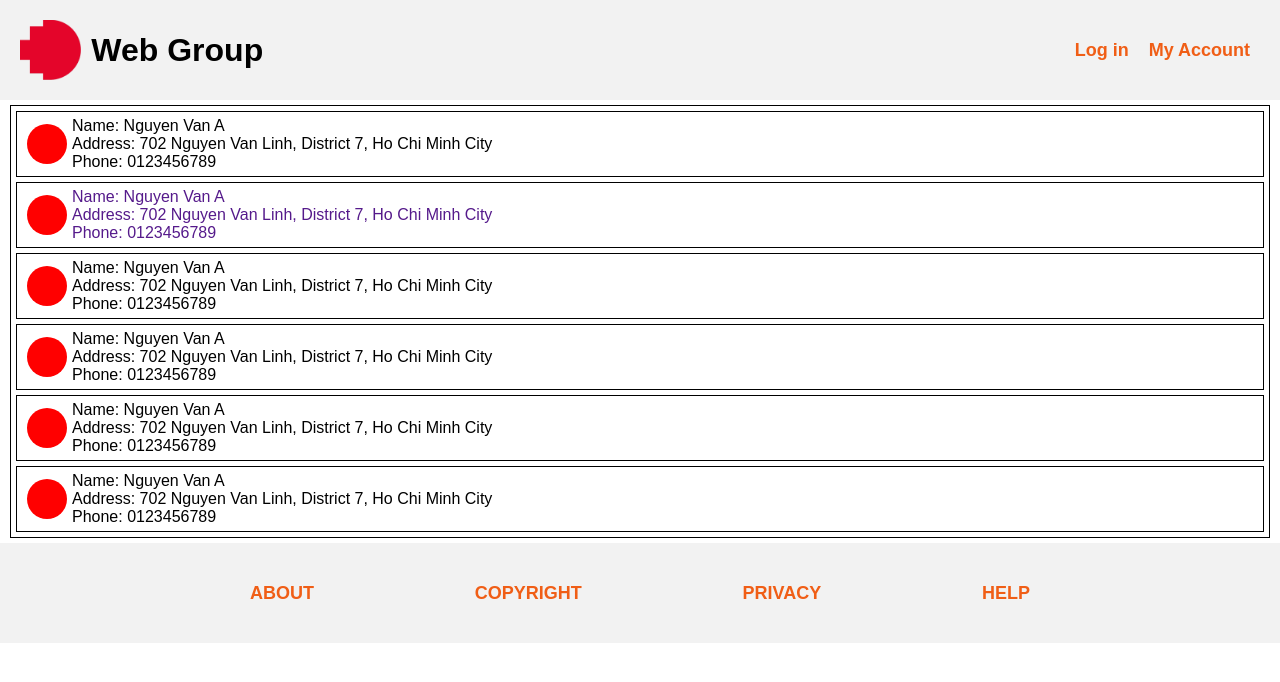
Repository: quynguyn/shoopingweb
Page: shipper.html
An editor plug-in stored every save of this project. The page is shown before and after a run of saves, followed by the edit.
The browser window is 1280 px wide. The pictures show the whole page.

Above is the page before, as saved 2023-05-04 16:01:12.

### shipper.html
<!DOCTYPE html>
<html lang="en">

<head>
	<meta charset="UTF-8">
	<meta http-equiv="X-UA-Compatible" content="IE=edge">
	<meta name="viewport" content="width=device-width, initial-scale=1.0">
	<title>Shipper</title>
	<link rel="stylesheet" href="Asset/CSS/style.css">
	<link rel="stylesheet" href="Asset/CSS/shipper.css">
</head>

<body>
	<!-- Header of the page -->
	<header>
		<div class="logo">
			<img src="logo.png" alt="Web Group Logo">
			<h1>Web Group</h1>
		</div>
		<nav>
			<ul>
				<li><a href="#">Log in</a></li>
				<li><a href="#">My Account</a></li>
			</ul>
		</nav>
	</header>
	<div class="main-container">
		<div class="orders-container">
			<div class="order">
				<div class="activity">
					<svg height="50" width="50">
						<circle cx="25" cy="25" r="20" fill="red" />
					</svg>
				</div>

				<div class="information-container">
					<div class="information">
						<pre>Name: </pre>
						<p class="name">Nguyen Van A</p>
					</div>

					<div class="information">
						<pre>Address: </pre>
						<p class="name">702 Nguyen Van Linh, District 7, Ho Chi Minh City</p>
					</div>

					<div class="information">
						<pre>Phone: </pre>
						<p class="name">0123456789</p>
					</div>
				</div>
			</div>

			<a href="" class="order">
				<div class="activity">
					<svg height="50" width="50">
						<circle cx="25" cy="25" r="20" fill="red" />
					</svg>
				</div>

				<div class="information-container">
					<div class="information">
						<pre>Name: </pre>
						<p class="name">Nguyen Van A</p>
					</div>

					<div class="information">
						<pre>Address: </pre>
						<p class="name">702 Nguyen Van Linh, District 7, Ho Chi Minh City</p>
					</div>

					<div class="information">
						<pre>Phone: </pre>
						<p class="name">0123456789</p>
					</div>
				</div>
			</a>

			<div class="order">
				<div class="activity">
					<svg height="50" width="50">
						<circle cx="25" cy="25" r="20" fill="red" />
					</svg>
				</div>

				<div class="information-container">
					<div class="information">
						<pre>Name: </pre>
						<p class="name">Nguyen Van A</p>
					</div>

					<div class="information">
						<pre>Address: </pre>
						<p class="name">702 Nguyen Van Linh, District 7, Ho Chi Minh City</p>
					</div>

					<div class="information">
						<pre>Phone: </pre>
						<p class="name">0123456789</p>
					</div>
				</div>
			</div>

			<div class="order">
				<div class="activity">
					<svg height="50" width="50">
						<circle cx="25" cy="25" r="20" fill="red" />
					</svg>
				</div>

				<div class="information-container">
					<div class="information">
						<pre>Name: </pre>
						<p class="name">Nguyen Van A</p>
					</div>

					<div class="information">
						<pre>Address: </pre>
						<p class="name">702 Nguyen Van Linh, District 7, Ho Chi Minh City</p>
					</div>

					<div class="information">
						<pre>Phone: </pre>
						<p class="name">0123456789</p>
					</div>
				</div>
			</div>

			<div class="order">
				<div class="activity">
					<svg height="50" width="50">
						<circle cx="25" cy="25" r="20" fill="red" />
					</svg>
				</div>

				<div class="information-container">
					<div class="information">
						<pre>Name: </pre>
						<p class="name">Nguyen Van A</p>
					</div>

					<div class="information">
						<pre>Address: </pre>
						<p class="name">702 Nguyen Van Linh, District 7, Ho Chi Minh City</p>
					</div>

					<div class="information">
						<pre>Phone: </pre>
						<p class="name">0123456789</p>
					</div>
				</div>
			</div>

			<div class="order">
				<div class="activity">
					<svg height="50" width="50">
						<circle cx="25" cy="25" r="20" fill="red" />
					</svg>
				</div>

				<div class="information-container">
					<div class="information">
						<pre>Name: </pre>
						<p class="name">Nguyen Van A</p>
					</div>

					<div class="information">
						<pre>Address: </pre>
						<p class="name">702 Nguyen Van Linh, District 7, Ho Chi Minh City</p>
					</div>

					<div class="information">
						<pre>Phone: </pre>
						<p class="name">0123456789</p>
					</div>
				</div>
			</div>
		</div>
	</div>
	<!-- Footer of the page -->
	<footer>
		<div class="footer-links">
			<a href="#">About</a>
			<a href="#">Copyright</a>
			<a href="#">Privacy</a>
			<a href="#">Help</a>
		</div>
	</footer>

</body>

</html>

### Asset/CSS/style.css
/* Reset CSS */
:root {
    --main-color: #F58216;
    --primary-color: #ffb347;
    --secondary-color: #f05e16;
    --white-color: #f2f2f2;
    /* change the name */
}

/* Reset CSS  */
* {
    padding: 0;
    margin: 0;
    box-sizing: border-box;
    text-decoration: none;
    font-family: Arial, Helvetica, sans-serif;
}

/* Header CSS */
header {
    height: 100px;
    background-color:var(--white-color);
    display: flex;
    justify-content: space-between;
    align-items: center;
    padding: 0 20px;
  }

  .logo {
    display: flex;
    align-items: center;
  }

  .logo img {
    height: 60px;
    margin-right: 10px;
  }

  nav ul {
    display: flex;
    list-style: none;
    margin: 0;
    padding: 0;


  }

  nav ul li {
    margin: 0 10px;
  }

  nav ul li a {
    text-decoration: none;
    font-size: 18px;
    font-weight: bold;
    color: var(--secondary-color);
  }

  /* Footer css */
  footer {
    height: 100px;
    background-color: var(--white-color);
    display: flex;
    justify-content: center;
    align-items: center;
    color: var(--white-color);
  }

  footer div {
    display: flex;
    justify-content: space-between;
    width: 80%;
    max-width: 800px;
  }

  footer div a {
    color: var(--secondary-color);
    text-decoration: none;
    margin: 0 10px;
    text-transform: uppercase;
    font-weight: bold;
    font-size: large;
  }

### Asset/CSS/shipper.css
.main-container {
	margin: 5px;
}

.orders-container {
	margin: 5px;
	border: 1px solid black;
}

.order {
	margin: 5px;
	border: 1px solid black;
	padding: 5px;
	display: flex;
	flex-direction: row;
	align-items: center;
}

.activity {
	width: 50px;
	height: 50px;
}

.information {
	display: flex;
	flex-direction: row;
	align-items: center;
}

After the next 2 saves:
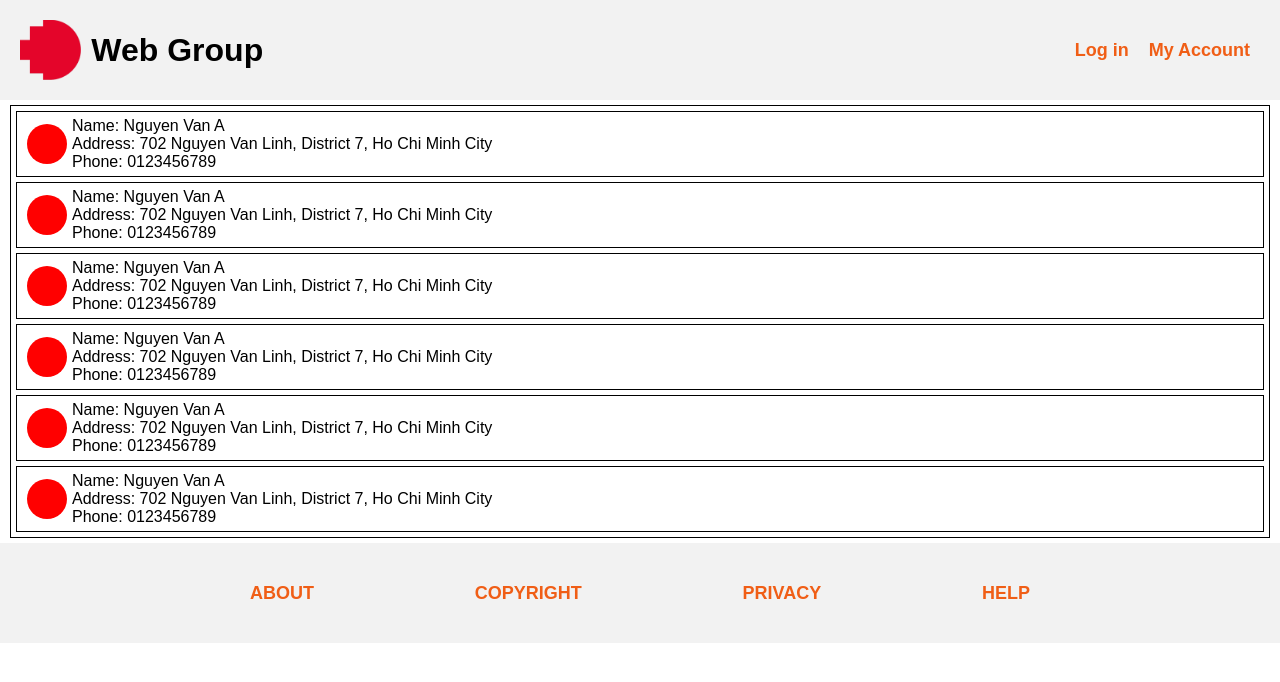
The 2 saves are shown as one change because they came seconds apart.
The last was saved 11 s later.
--- a/shipper.html
+++ b/shipper.html
@@ -51,7 +51,7 @@
 				</div>
 			</div>
 
-			<a href="" class="order">
+			<div class="order">
 				<div class="activity">
 					<svg height="50" width="50">
 						<circle cx="25" cy="25" r="20" fill="red" />
@@ -74,7 +74,7 @@
 						<p class="name">0123456789</p>
 					</div>
 				</div>
-			</a>
+			</div>
 
 			<div class="order">
 				<div class="activity">
